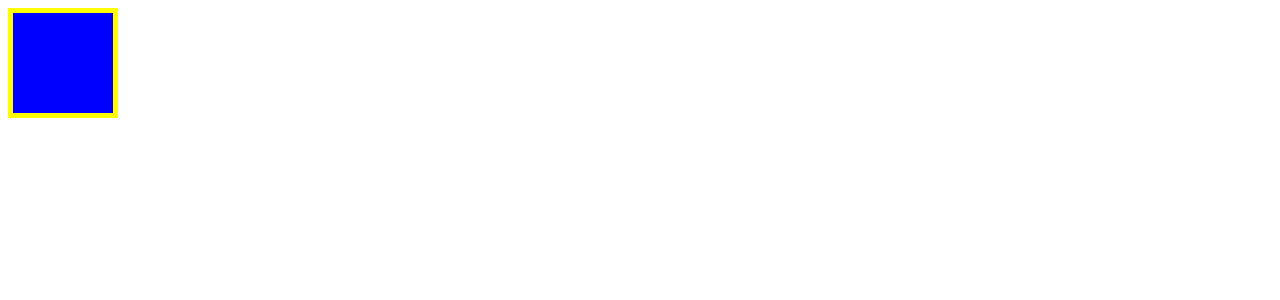
Repository: miho-baba/chapter10.1
Page: box/box.html
The author's editor kept a record of every edit. The page is drawn from the files as they stood at one moment, then again after the next edit.
The browser window is 1280 px wide. The pictures show the whole page.

Above is the page before.

After the next edit:
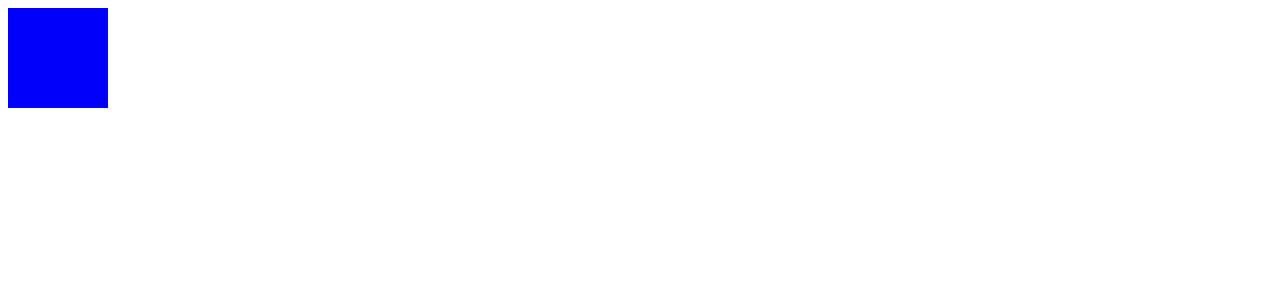
The edit:
--- a/box/box.css
+++ b/box/box.css
@@ -8,7 +8,3 @@
   width: 100px;
   height: 100px;
   background-color: #0000ff;
-
-
-/* 指定方法（box2の周囲すべてに枠線を設定する場合） */
-  border: 5px solid #ffff00;

After the edit that followed:
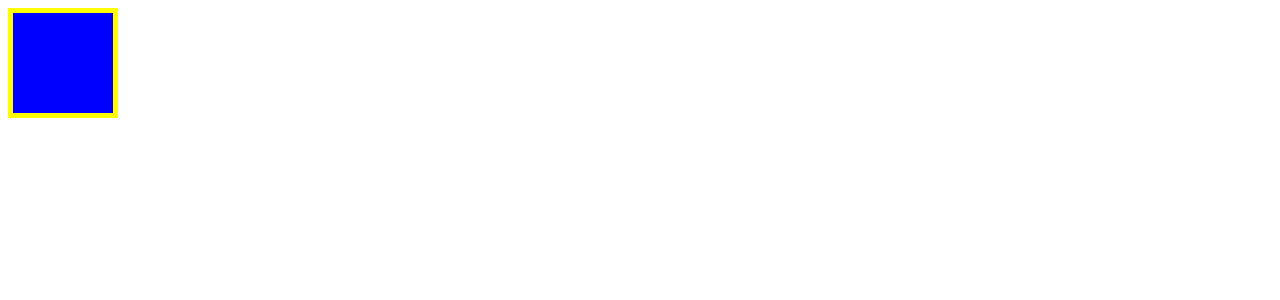
The edit:
--- a/box/box.css
+++ b/box/box.css
@@ -8,3 +8,5 @@
   width: 100px;
   height: 100px;
   background-color: #0000ff;
+    border: 5px solid #ffff00;
+}
